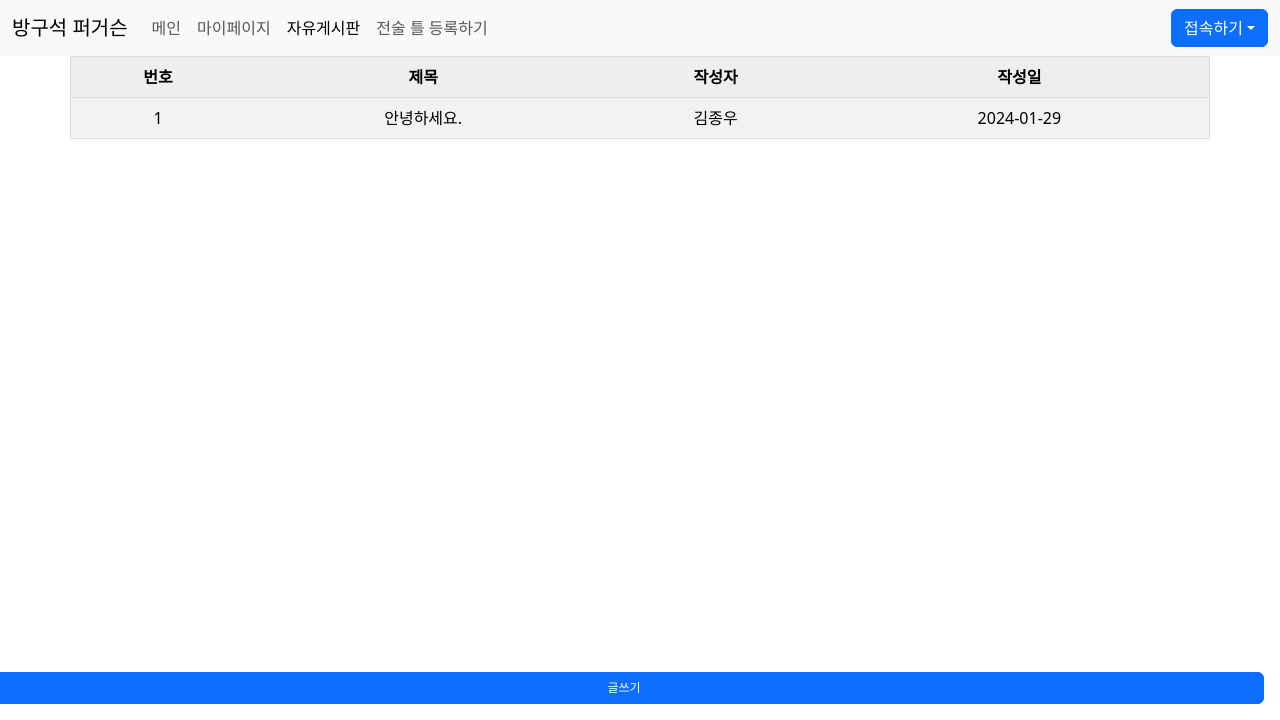
Repository: jiiiiiw/Spring-BBS
Page: http://localhost/BBS/bbs.jsp
These files come from the project's save history. The page is drawn as it stood at one moment and after the next save; the edit follows.
The browser window is 1280 px wide. The pictures show the whole page.
The page is served by Tomcat 9. Other server files are loaded and not shown.

Above is the page before, as saved 2024-01-29 01:17:00.

### BBS/src/main/webapp/bbs.jsp
<%@ page language="java" contentType="text/html; charset=UTF-8"
	pageEncoding="UTF-8"%>
<%@ page import="java.io.PrintWriter"%>
<!DOCTYPE html>
<html>
<head>
<meta charset="UTF-8">
<!-- 반응형 -->
<meta name="viewport" content="width=device-width" , initial-scale="1">
<!-- 정적 부트스트랩 참조 -->
<script src="js/bootstrap.js"></script>
<script src="js/bootstrap.bundle.js"></script>
<link href="css/bootstrap.css" rel="stylesheet">
<title>JSP 게시판 웹 사이트</title>
</head>
<body>
	<%
	String userID = null;
	if (session.getAttribute("userID") != null) {
		userID = (String) session.getAttribute("userID");
	}
	%>
	<nav class="navbar navbar-expand-lg navbar-light bg-light">
		<div class="container-fluid">
			<a class="navbar-brand" href="main.jsp">방구석 퍼거슨</a>

			<!-- 토글 버튼 -->
			<button class="navbar-toggler" type="button"
				data-bs-toggle="collapse" data-bs-target="#navbarSupportedContent"
				aria-controls="navbarSupportedContent" aria-expanded="false"
				aria-label="Toggle navigation">
				<span class="navbar-toggler-icon"></span>
			</button>

			<!-- Navbar 링크 및 폼 -->
			<div class="collapse navbar-collapse" id="navbarNav">
				<ul class="navbar-nav me-auto">
					<li class="nav-item"><a class="nav-link" href="main.jsp">메인</a></li>
					<li class="nav-item"><a class="nav-link" href="#">마이페이지</a></li>
					<li class="nav-item"><a class="active nav-link" href="bbs.jsp">자유게시판</a></li>
					<li class="nav-item"><a class="nav-link" href="#">전술 틀
							등록하기</a></li>
				</ul>
			</div>

			<%
			if (userID != null) {
			%>
			<div class="dropdown">
				<button class="btn btn-primary dropdown-toggle" type="button"
					id="dropdownMenuButton" data-bs-toggle="dropdown"
					aria-haspopup="true" aria-expanded="false">로그아웃</button>
				<div class="dropdown-menu" aria-labelledby="dropdownMenuButton">

					<a class="dropdown-item" href="logoutAction.jsp">로그아웃</a>
					<!-- 원하는 만큼 드롭다운 메뉴 항목 추가 -->
				</div>
			</div>
			<%
			} else {
			%>
			<div class="dropdown">
				<button class="btn btn-primary dropdown-toggle" type="button"
					id="dropdownMenuButton" data-bs-toggle="dropdown"
					aria-haspopup="true" aria-expanded="false">접속하기</button>
				<div class="dropdown-menu" aria-labelledby="dropdownMenuButton">

					<a class="dropdown-item" href="login.jsp">로그인</a> <a
						class="dropdown-item" href="join.jsp">회원가입</a>
					<!-- 원하는 만큼 드롭다운 메뉴 항목 추가 -->
				</div>
			</div>
			<%
			}
			%>
		</div>
	</nav>

	<style>
    /* 우측 하단에 버튼 고정 스타일 */
    .fixed-bottom-right {
      position: fixed;
      bottom: 16px;
      right: 16px;
    }

    /* 작은 버튼 스타일 */
    .small-btn {
      padding: 6px 12px;
      font-size: 12px;
    }
  </style>

	<div class="container">
		<div class="row">
			<table class="table table-striped" style="text-align: center; border: 1px solid #dddddd">
				<thead>
					<tr>
						<th style="background-color: #eeeeee; text-align: center;">번호</th>
						<th style="background-color: #eeeeee; text-align: center;">제목</th>
						<th style="background-color: #eeeeee; text-align: center;">작성자</th>
						<th style="background-color: #eeeeee; text-align: center;">작성일</th>
					</tr>
				</thead>
				<tbody>
					<tr>
						<td>1</td>
						<td>안녕하세요.</td>
						<td>김종우</td>
						<td>2024-01-29</td>
					</tr>
				</tbody>
			</table>
			<a href="write.jsp" class="btn btn-primary fixed-bottom-right small-btn">글쓰기</a>
		</div>
	</div>


</body>
</html>

Loaded but not shown: BBS/src/main/webapp/js/bootstrap.js (library); BBS/src/main/webapp/js/bootstrap.bundle.js (library); BBS/src/main/webapp/css/bootstrap.css (library)

After the next save:
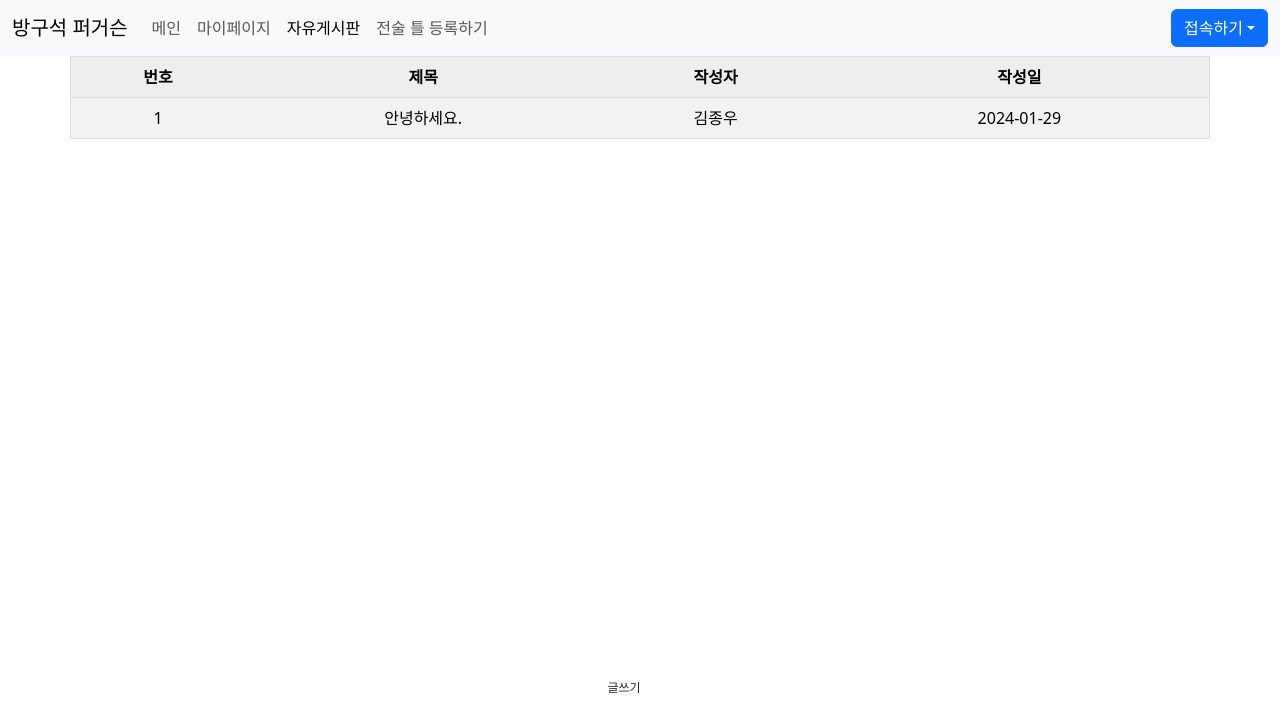
Saved 26 h 5 min later.
--- a/BBS/src/main/webapp/bbs.jsp
+++ b/BBS/src/main/webapp/bbs.jsp
@@ -111,7 +111,7 @@
 					</tr>
 				</tbody>
 			</table>
-			<a href="write.jsp" class="btn btn-primary fixed-bottom-right small-btn">글쓰기</a>
+			<a href="write.jsp" class="btn fixed-bottom-right small-btn">글쓰기</a>
 		</div>
 	</div>
 

After the save that followed:
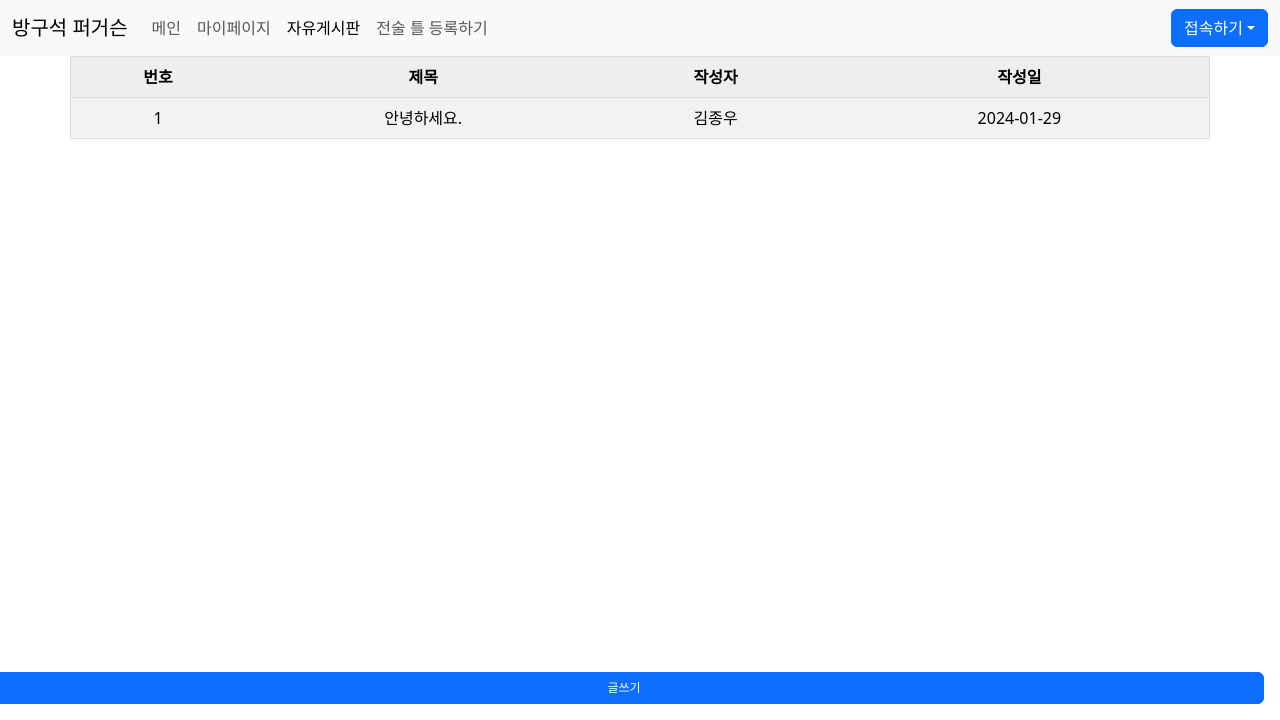
Saved 30 s later.
--- a/BBS/src/main/webapp/bbs.jsp
+++ b/BBS/src/main/webapp/bbs.jsp
@@ -111,7 +111,7 @@
 					</tr>
 				</tbody>
 			</table>
-			<a href="write.jsp" class="btn fixed-bottom-right small-btn">글쓰기</a>
+			<a href="write.jsp" class="btn btn-primary fixed-bottom-right small-btn">글쓰기</a>
 		</div>
 	</div>
 
